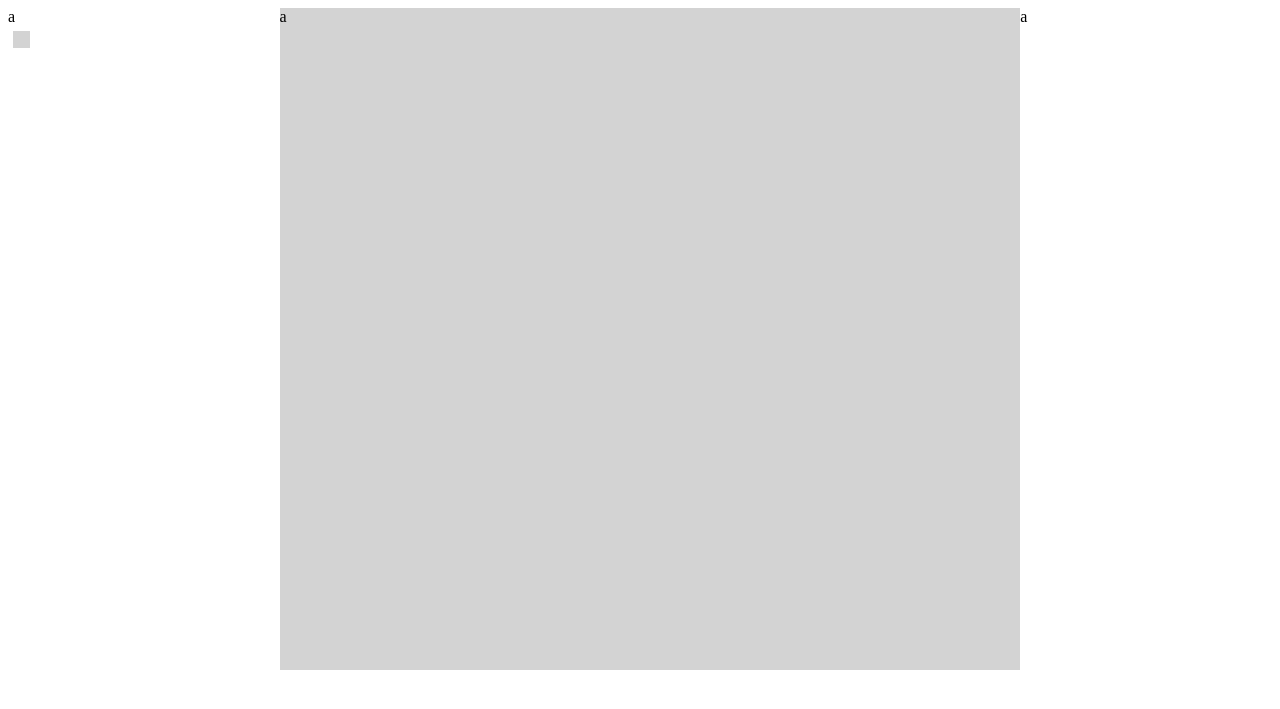
Repository: tr2cky/exercise2
Page: index.html
The author's editor kept a copy of each file at every save. The page is drawn from the files as they stood at one save, then again after the next save.
The browser window is 1280 px wide. The pictures show the whole page.

Above is the page before, as saved 2022-10-01 10:53:56.

After the next save:
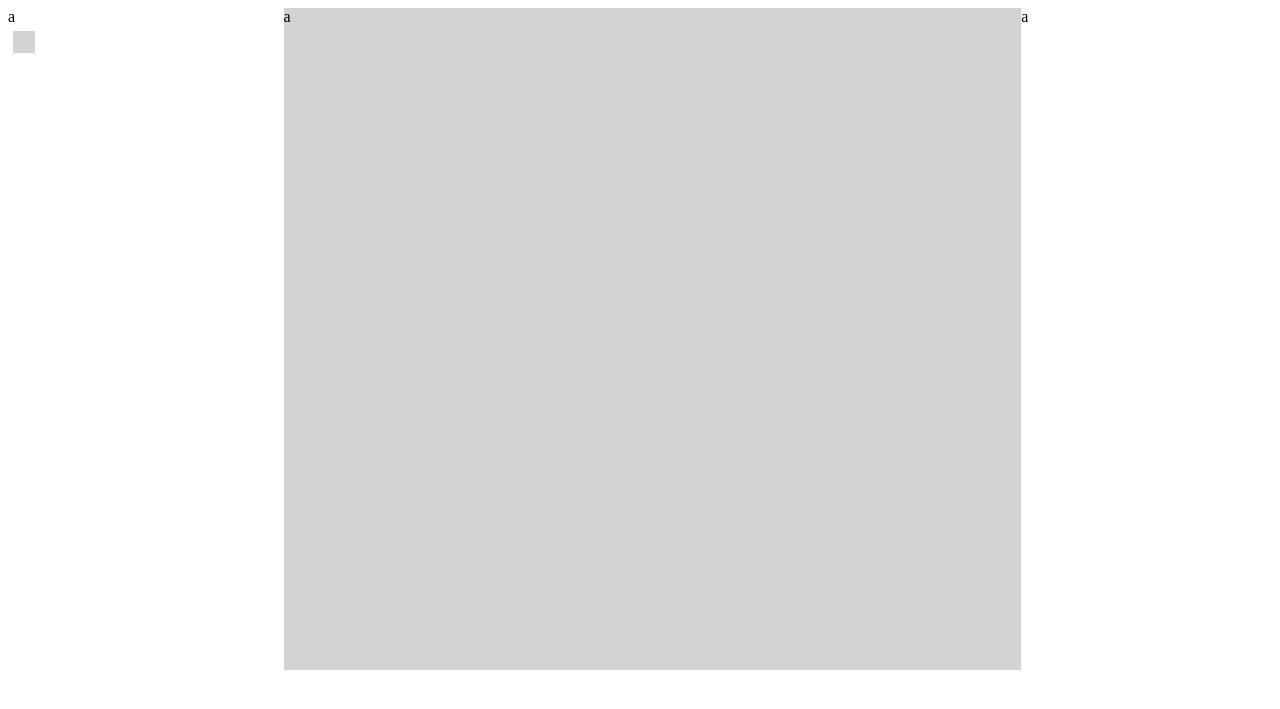
Saved 13 s later.
--- a/style.css
+++ b/style.css
@@ -20,8 +20,8 @@ main {
 }
 #a {
     border: 1px solid lightgray;
-    width: 5px;
-    height: 5px;
+    width: 10px;
+    height: 10px;
     padding: 5px;
     margin: 5px;
 }
